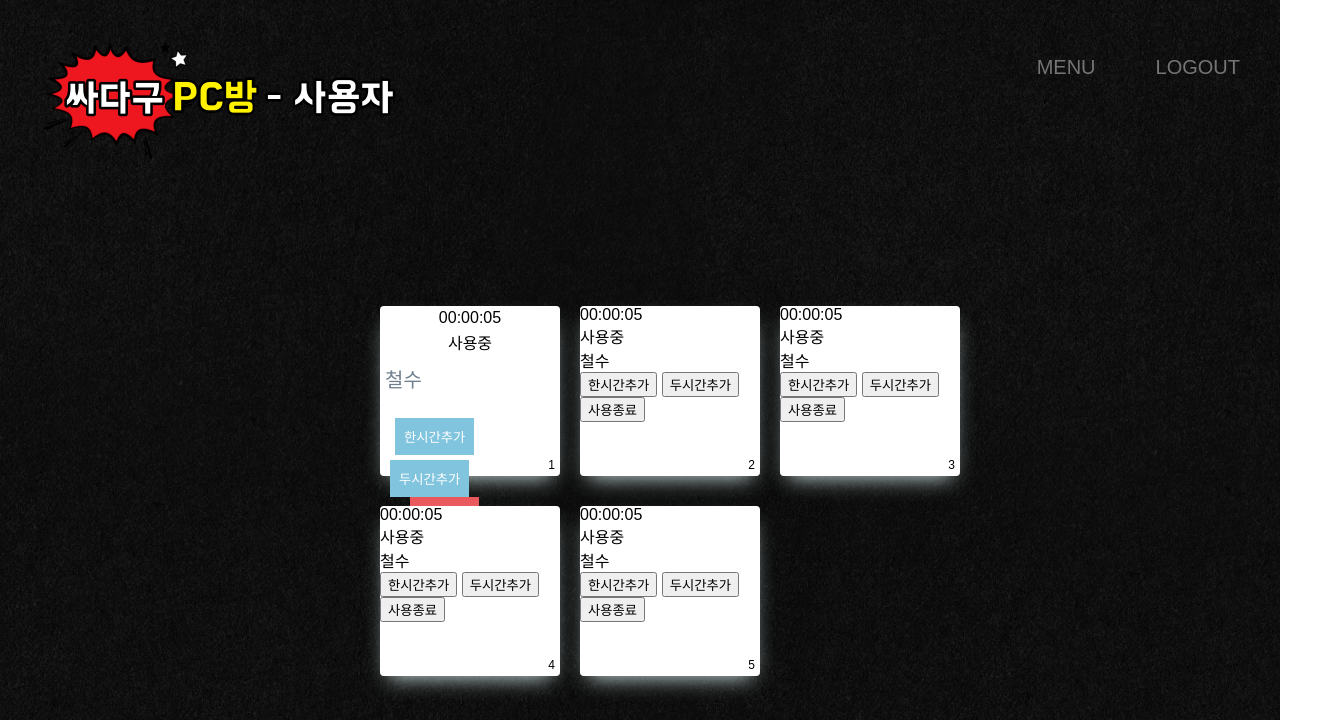
Repository: lkwoung/webProject-assignment
Page: http://localhost/CheapPC/userSeat.jsp
An editor plug-in stored every save of this project. The page is shown before and after the next save, followed by the edit.
The browser window is 1280 px wide. The page is 1320 px wide, so the pictures cover 1320 px, including what lies to the right of the window. The pictures show the whole page.
Some web fonts or font styles are not loaded; a fallback is used. The page is served by Tomcat 9.

Above is the page before, as saved 2020-12-13 13:28:26.

After the next save:
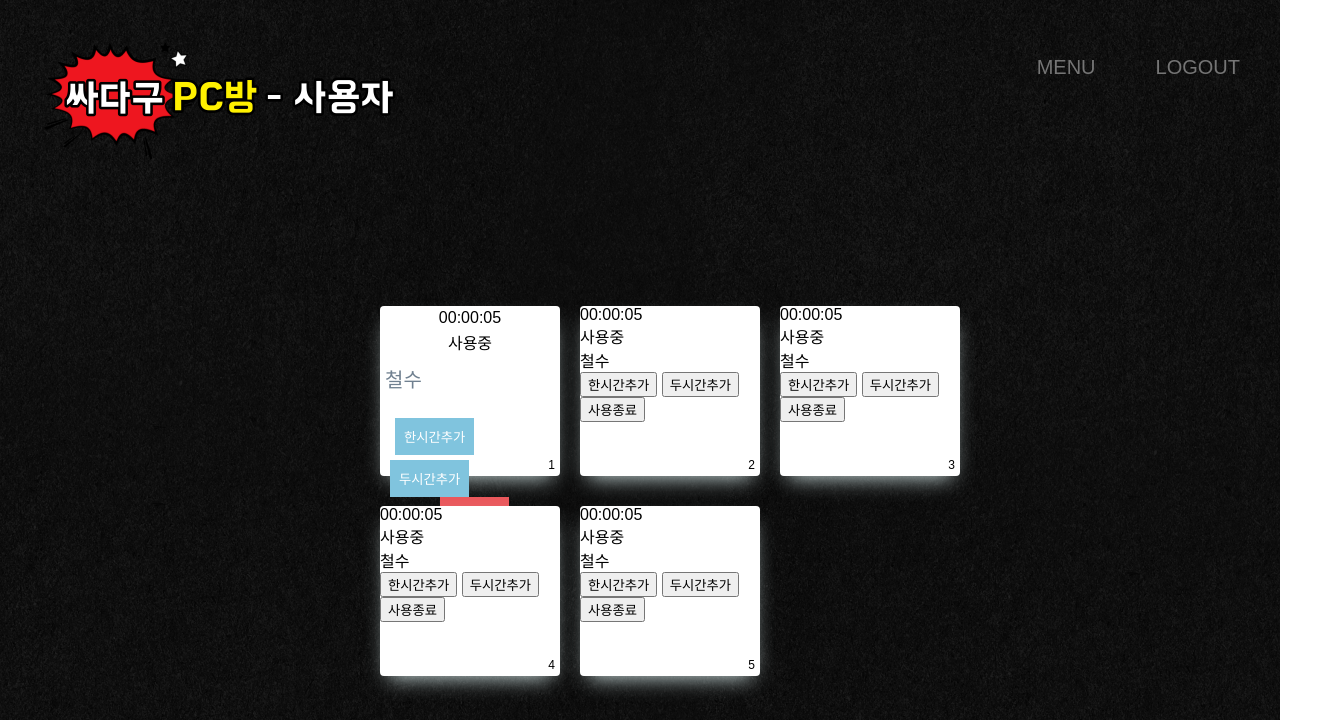
Saved 7 s later.
--- a/CheapPC/WebContent/userSeat.jsp
+++ b/CheapPC/WebContent/userSeat.jsp
@@ -37,7 +37,7 @@
 
          <input type="button" style="background:#80C4DE; margin:5px;color:#fff;border:none; font-family:'Hanna', sans-serif;padding:9px;"onclick="fncAddTime(0,3600);" value="한시간추가"/>
          <input type="button" style="background:#80C4DE; color:#fff;border:none; font-family:'Hanna', sans-serif;padding:9px;"onclick="fncAddTime(0,7200);" value="두시간추가"/>
-         <input type="button" style="background:#EA575B; margin-left:20px; color:#fff;border:none; font-family:'Hanna', sans-serif;padding:10px;"onclick="fucEndTimer(0);" value="사용종료"/>
+         <input type="button" style="background:#EA575B; margin-left:50px; color:#fff;border:none; font-family:'Hanna', sans-serif;padding:10px;"onclick="fucEndTimer(0);" value="사용종료"/>
          </a>
          </div>
           </div>

After the save that followed:
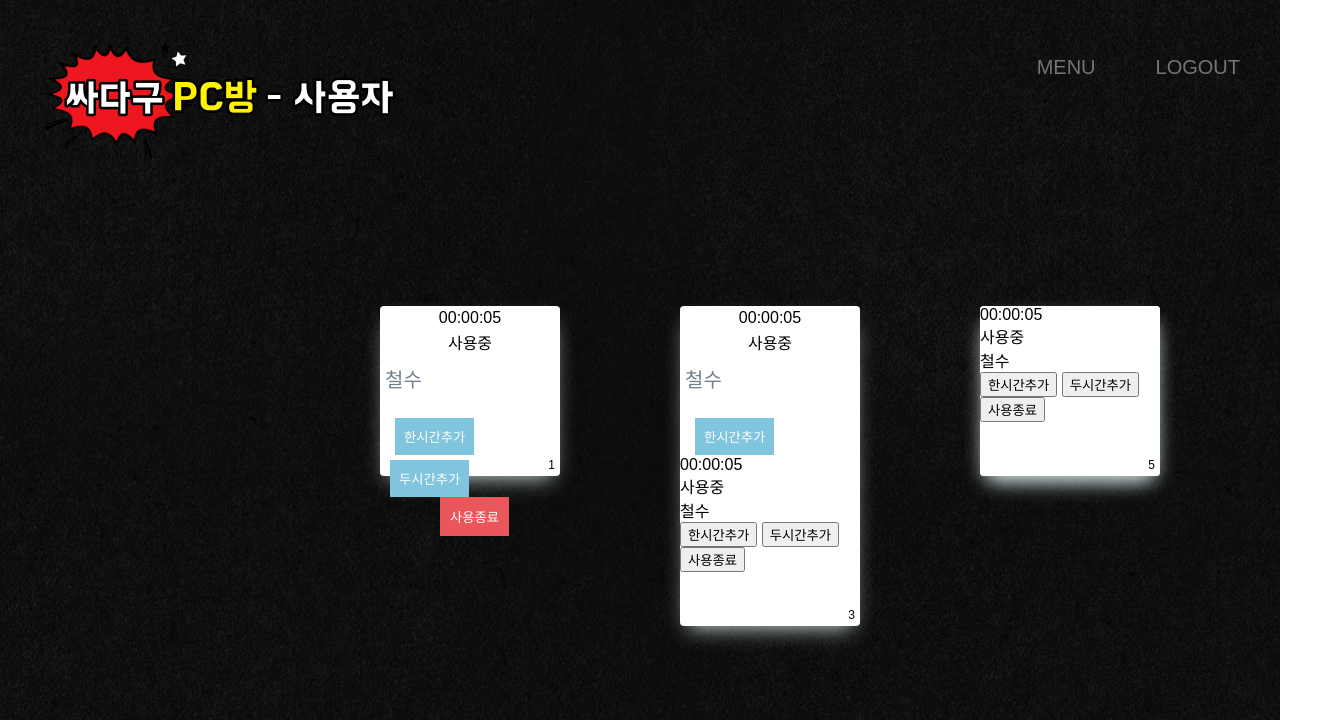
Saved 94 s later.
--- a/CheapPC/WebContent/userSeat.jsp
+++ b/CheapPC/WebContent/userSeat.jsp
@@ -34,11 +34,9 @@
          <div id="0-state" style="text-align:center;padding-top:3px;padding-bottom:10px;">사용중</div>
          <div id="0-user" style="padding-left:5px; font-size:20px; color:#708090; padding-bottom:20px;"> </div>
          <div class="0buttons" style="top:20%; padding-left:10px; ">
-
          <input type="button" style="background:#80C4DE; margin:5px;color:#fff;border:none; font-family:'Hanna', sans-serif;padding:9px;"onclick="fncAddTime(0,3600);" value="한시간추가"/>
          <input type="button" style="background:#80C4DE; color:#fff;border:none; font-family:'Hanna', sans-serif;padding:9px;"onclick="fncAddTime(0,7200);" value="두시간추가"/>
          <input type="button" style="background:#EA575B; margin-left:50px; color:#fff;border:none; font-family:'Hanna', sans-serif;padding:10px;"onclick="fucEndTimer(0);" value="사용종료"/>
-         </a>
          </div>
           </div>
 
@@ -50,12 +48,13 @@
         <div class="button r" id="button-2">
           <div class="knobs"></div>
              <div class="layer">
-                <div class="1">00:00:00</div>
-                <div id="1-state">사용중</div>
-                <div id="1-user"> </div>
-            <input type="button" onclick="fncAddTime(1,3600);" value="한시간추가"/>
-            <input type="button" onclick="fncAddTime(1,7200);" value="두시간추가"/>
-            <input type="button" onclick="fucEndTimer(1);" value="사용종료"/>
+                <div class="1" style="text-align:center;padding-top:3px;">00:00:00</div>
+         <div id="1-state" style="text-align:center;padding-top:3px;padding-bottom:10px;">사용중</div>
+         <div id="1-user" style="padding-left:5px; font-size:20px; color:#708090; padding-bottom:20px;"> </div>
+         <div class="1buttons" style="top:20%; padding-left:10px; ">
+         <input type="button" style="background:#80C4DE; margin:5px;color:#fff;border:none; font-family:'Hanna', sans-serif;padding:9px;"onclick="fncAddTime(0,3600);" value="한시간추가"/>
+         <input type="button" style="background:#80C4DE; color:#fff;border:none; font-family:'Hanna', sans-serif;padding:9px;"onclick="fncAddTime(0,7200);" value="두시간추가"/>
+         <input type="button" style="background:#EA575B; margin-left:50px; color:#fff;border:none; font-family:'Hanna', sans-serif;padding:10px;"onclick="fucEndTimer(0);" value="사용종료"/>
          </div>
         </div>
       </div>
